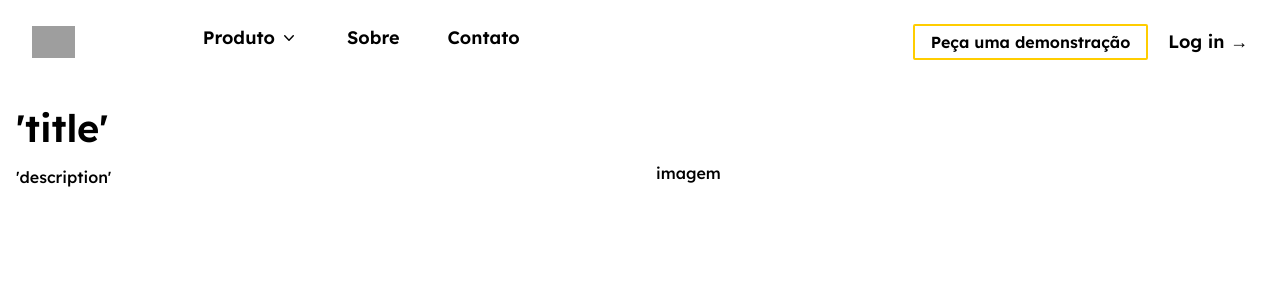
Repository: VereAbsolutum/site-institucional
Page: /
These files come from the project's save history. The page is drawn as it stood at one moment and after a run of saves; the edit follows.
The browser window is 1280 px wide. The pictures show the whole page.
Pictures or frames that could not be fetched are drawn as grey boxes. The project was rebuilt for these pictures with package versions that can differ from the ones it lists, and the page was loaded fresh each time. Also part of the build but not shown: vite.config.ts, src/presentation/components/buttons/button-primary.tsx, src/presentation/components/links/link-base.tsx, src/presentation/components/links/link-primary.tsx, src/presentation/components/links/link-border-primary.tsx, src/presentation/components/links/link-border-white.tsx, src/presentation/components/typography/text-base.tsx, src/presentation/components/typography/display.tsx and 8 more.

Above is the page before, as saved 2023-04-13 12:43:24.

### src/App.tsx
import React from 'react'
import { BrowserRouter, Routes, Route } from "react-router-dom"
import { Home, NotFound } from './presentation/pages'

const App: React.FC = () => {
  return (
    <BrowserRouter >
      <Routes>
        <Route path='/' element={<Home />} />
        <Route path='*' element={<NotFound />} />
      </Routes>
    </BrowserRouter>
  )
}

export default App

### src/index.css
@import url("https://fonts.googleapis.com/css?family=lexend+Deca:300,500,600|Playfair+Display:500");

:root {
    --font-family-lexend_deca: "Lexend Deca";
    --font-family-playfair_display: "Playfair Display";
    font-family: 'Lexend Deca', sans-serif;
}

@tailwind base;
@tailwind components;
@tailwind utilities;

### src/presentation/pages/index.ts
export { default as Home } from './home/home'
export { default as NotFound } from './not-found/notFound'

### src/presentation/pages/home/home.tsx
import React from 'react';
import { ButtonBorderPrimary, ButtonPrimary, Header, LinkBorderPrimary, LinkBorderWhite, LinkPrimary, TextCaption, TextDisplay, TextHeading1, TextHeading2, TextHeading3, TextMenu, TextParagraph, TextParagraphSmall } from '../../components';

const home: React.FC = () => {
    return (
        <>
            <Header />
            <main>
                <section>
                    {/* <div className='inline-flex flex-col space-y-4'>
                        <ButtonBorderPrimary label='click here' />
                        <ButtonPrimary label='click here' />
                        <LinkPrimary>
                            Link to click
                        </LinkPrimary>
                        <LinkBorderPrimary>
                            Link to click
                        </LinkBorderPrimary>
                        <LinkBorderWhite>
                            Link to click
                        </LinkBorderWhite>
                        <TextDisplay>Display</TextDisplay>
                        <TextHeading1>Heading 1</TextHeading1>
                        <TextHeading2>Heading 2</TextHeading2>
                        <TextHeading3>Heading 3</TextHeading3>
                        <TextParagraph>Paragraph</TextParagraph>
                        <TextParagraphSmall>Paragraph Small</TextParagraphSmall>
                        <TextCaption>Caption</TextCaption>
                        <TextMenu>Menu</TextMenu>
                    </div> */}
                    <div className="flex flex-col md:flex-row items-center justify-center">
                        <div className="md:w-1/2 p-4">
                            <h1 className="text-xl md:text-2xl font-bold mb-2">'title'</h1>
                            <p className="text-md mb-4">'description'</p>
                            <button className="bg-blue-500 hover:bg-blue-700 text-white font-bold py-2 px-4 rounded">
                                'buttonText'
                            </button>
                        </div>
                        <div className="md:w-1/2 p-4">
                            <span>imagem</span>
                        </div>
                    </div>

                </section>
            </main>
        </>


    );
};

export default home;

### src/presentation/components/index.ts
export { default as Header } from './header/header'

export { default as ButtonBase } from './buttons/button-base'
export { default as ButtonBorderPrimary } from './buttons/button-border-primary'
export { default as ButtonPrimary } from './buttons/button-primary'

export { default as LinkBase } from './links/link-base'
export { default as LinkPrimary } from './links/link-primary'
export { default as LinkBorderPrimary } from './links/link-border-primary'
export { default as LinkBorderWhite } from './links/link-border-white'

export { default as TextBase } from './typography/text-base'
export { default as TextDisplay } from './typography/display'
export { default as TextHeading1 } from './typography/heading1'
export { default as TextHeading2 } from './typography/heading2'
export { default as TextHeading3 } from './typography/heading3'
export { default as TextParagraph } from './typography/paragraph'
export { default as TextParagraphSmall } from './typography/paragraph-small'
export { default as TextCaption } from './typography/caption'
export { default as TextMenu } from './typography/menu'

### src/presentation/components/header/header.tsx
import React, { useState } from 'react'
import {
    Bars3Icon,
    ChartPieIcon,
    CursorArrowRaysIcon,
    FingerPrintIcon,
} from '@heroicons/react/24/outline'
import { PhoneIcon, PlayCircleIcon } from '@heroicons/react/20/solid'
import { MainMenu, MobileMenu } from './components'
import { ButtonBorderPrimary } from '..'

const products = [
    { name: 'CdAdm Web', description: 'Get a better understanding of your traffic', href: '#', icon: ChartPieIcon },
    { name: 'CdAdm Grafico', description: 'Speak directly to your customers', href: '#', icon: CursorArrowRaysIcon },
    { name: 'CdFin', description: 'Your customers’ data will be safe and secure', href: '#', icon: FingerPrintIcon }
]
const callsToAction = [
    { name: 'Assista a Demo', href: '#', icon: PlayCircleIcon },
    { name: 'Contato', href: '#', icon: PhoneIcon },
]

function classNames(...classes: string[]) {
    return classes.filter(Boolean).join(' ');
}

const header: React.FC = () => {
    const [mobileMenuOpen, setMobileMenuOpen] = useState(false)

    return (
        <header className="bg-white">
            <nav className="mx-auto flex max-w-7xl items-center justify-between p-6 lg:px-8" aria-label="Global">

                <div className="flex lg:flex-1">
                    <a href="#" className="-m-1.5 p-1.5">
                        <span className="sr-only">SCordon</span>
                        <img className="h-8 w-auto" src="https://tailwindui.com/img/logos/mark.svg?color=indigo&shade=600" alt="" />
                    </a>

                    {/* main menu */}
                    <div className='ml-32'>
                        <MainMenu products={products} />
                    </div>
                </div>

                <div className="flex lg:hidden">
                    {/* Button */}
                    <button
                        type="button"
                        className="-m-2.5 inline-flex items-center justify-center rounded-md p-2.5 text-gray-700"
                        onClick={() => setMobileMenuOpen(true)}
                    >
                        <span className="sr-only">Open main menu</span>
                        <Bars3Icon className="h-6 w-6" aria-hidden="true" />
                    </button>
                </div>



                <div className="hidden lg:flex lg:flex-1 lg:justify-end align-items: center">
                    <div className='mr-5'>
                        <ButtonBorderPrimary label='Peça uma demonstração' />
                    </div>
                    <div className="flex items-center">
                        <a href="#" className="text-lg font-medium leading-6 font-semibold">
                            Log in <span aria-hidden="true">&rarr;</span>
                        </a>
                    </div>
                    {/* Button */}
                </div>
            </nav>

            <MobileMenu
                mobileMenuOpen={mobileMenuOpen}
                setMobileMenuOpen={setMobileMenuOpen}
                products={products}
                callsToAction={callsToAction}
            />
        </header>
    )
}

export default header

### src/presentation/components/buttons/button-base.tsx
import React from 'react'

export type ButtonProps = React.ButtonHTMLAttributes<HTMLButtonElement> & {
    label: string;
    className?: string;
};

const buttonBase: React.FC<ButtonProps> = ({ label, className, ...rest }) => {
    const baseClasses =
        'font-semibold rounded-sm hover:bg-blue-700 focus:outline-none focus:ring-2 focus:ring-blue-400 focus:ring-opacity-75';

    return (
        <button className={`${baseClasses} ${className}`} {...rest}>
            {label}
        </button>
    );
};

export default buttonBase;

### src/presentation/components/buttons/button-border-primary.tsx
// BorderedButton.tsx
import React from 'react';
import { ButtonBase } from '..';
import { ButtonProps } from './button-base';

const buttonBorderPrimary: React.FC<ButtonProps> = ({ className, ...rest }) => {
    const baseClasses = 'px-4 py-1 border-2 border-yellow bg-transparent border border-blue-500 text-blue-500 hover:bg-blue-500';

    return <ButtonBase className={`${baseClasses} ${className}`} {...rest} />;
};

export default buttonBorderPrimary;

### src/presentation/components/header/components/index.ts
export { default as MobileMenu } from './mobile-menu'
export { default as MainMenu } from './main-menu'

### src/presentation/components/header/components/mobile-menu.tsx
import React from 'react'
import { Dialog, Disclosure } from '@headlessui/react'
import { ChevronDownIcon, XMarkIcon } from '@heroicons/react/24/outline'
import { ButtonFilled } from '../..';

function classNames(...classes: string[]) {
    return classes.filter(Boolean).join(' ');
}

export type MobileMenuProps = {
    mobileMenuOpen: boolean
    setMobileMenuOpen: (open: boolean) => void
    products: Array<{
        name: string
        description: string
        href: string
        icon: any
    }>
    callsToAction: Array<{
        name: string
        href: string
        icon: any
    }>
}

const mobileMenu: React.FC<MobileMenuProps> = ({ mobileMenuOpen, setMobileMenuOpen, products, callsToAction }) => {
    return (
        <Dialog as="div" className="lg:hidden" open={mobileMenuOpen} onClose={setMobileMenuOpen}>
            <div className="fixed inset-0 z-10" />

            {/* Mobile Menu */}
            <Dialog.Panel className="fixed inset-y-0 right-0 z-10 w-full overflow-y-auto bg-white px-6 py-6 sm:max-w-sm sm:ring-1 sm:ring-gray-900/10">
                <div className="flex items-center justify-between">
                    <a href="#" className="-m-1.5 p-1.5">
                        <span className="sr-only">Your Company</span>
                        <img
                            className="h-8 w-auto"
                            src="https://tailwindui.com/img/logos/mark.svg?color=indigo&shade=600"
                            alt=""
                        />
                    </a>


                    <button
                        type="button"
                        className="-m-2.5 rounded-md p-2.5 text-gray-700"
                        onClick={() => setMobileMenuOpen(false)}
                    >
                        <span className="sr-only">Close menu</span>
                        <XMarkIcon className="h-6 w-6" aria-hidden="true" />
                    </button>

                </div>

                <div className="mt-6 flow-root">
                    <div className="-my-6 divide-y divide-gray-500/10">
                        <div className="space-y-2 py-6">
                            <Disclosure as="div" className="-mx-3">
                                {({ open }) => (
                                    <>
                                        <Disclosure.Button className="flex w-full font-medium text-lg  items-center justify-between rounded-lg py-2 pl-3 pr-3.5 leading-7 hover:bg-gray-50">
                                            Product
                                            <ChevronDownIcon
                                                className={classNames(open ? 'rotate-180' : '', 'h-5 w-5 flex-none')}
                                                aria-hidden="true"
                                            />
                                        </Disclosure.Button>
                                        <Disclosure.Panel className="mt-2 space-y-2">
                                            {[...products, ...callsToAction].map((item) => (
                                                <Disclosure.Button
                                                    key={item.name}
                                                    as="a"
                                                    href={item.href}
                                                    className="block rounded-lg py-2 pl-6 pr-3 text-sm font-semibold leading-7 text-gray-900 hover:bg-gray-50"
                                                >
                                                    {item.name}
                                                </Disclosure.Button>
                                            ))}
                                        </Disclosure.Panel>
                                    </>
                                )}
                            </Disclosure>
                            <a
                                href="#"
                                className="-mx-3 block rounded-lg px-3 py-2 font-medium text-lg leading-7 text-gray-900 hover:bg-gray-50"
                            >
                                Features
                            </a>
                            <a
                                href="#"
                                className="-mx-3 block rounded-lg px-3 py-2 font-medium text-lg leading-7 hover:bg-gray-50"
                            >
                                Marketplace
                            </a>
                            <a
                                href="#"
                                className="-mx-3 block rounded-lg px-3 py-2 font-medium text-lg leading-7 hover:bg-gray-50"
                            >
                                Company
                            </a>
                        </div>

                        <div className="py-6">
                            <a
                                href="#"
                                className="-mx-3 block rounded-lg px-3 py-2.5 font-medium text-lg leading-7 hover:bg-gray-50"
                            >
                                Log in
                            </a>
                        </div>
                    </div>
                </div>
            </Dialog.Panel>
        </Dialog>
    )
}

export default mobileMenu

### src/presentation/components/header/components/main-menu.tsx
import React, { Fragment } from 'react'
import { Popover, Transition } from '@headlessui/react'
import { ChevronDownIcon } from '@heroicons/react/20/solid'
import { PlayCircleIcon, PhoneIcon } from '@heroicons/react/20/solid'
import { Product } from './header-types'

const callsToAction = [
    { name: 'Watch demo', href: '#', icon: PlayCircleIcon },
    { name: 'Contact sales', href: '#', icon: PhoneIcon },
]

export type MainMenuProps = { products: Product[] }

const MainMenu: React.FC<MainMenuProps> = ({ products }) => {
    return (
        <Popover.Group className="hidden lg:flex lg:gap-x-12">
            <Popover className="relative">
                <Popover.Button className="flex items-center gap-x-1 text-lg  font-semibold  leading-6">
                    Produto
                    <ChevronDownIcon className="h-5 w-5 flex-none text-gray-400" aria-hidden="true" />
                </Popover.Button>

                <Transition
                    as={Fragment}
                    enter="transition ease-out duration-200"
                    enterFrom="opacity-0 translate-y-1"
                    enterTo="opacity-100 translate-y-0"
                    leave="transition ease-in duration-150"
                    leaveFrom="opacity-100 translate-y-0"
                    leaveTo="opacity-0 translate-y-1"
                >
                    <Popover.Panel className="absolute -left-8 top-full z-10 mt-3 w-screen max-w-md overflow-hidden rounded-3xl bg-white shadow-lg ring-1 ring-gray-900/5">
                        <div className="p-4">
                            {products.map((item) => (
                                <div
                                    key={item.name}
                                    className="group relative flex items-center gap-x-6 rounded-lg p-4 text-sm leading-6 hover:bg-gray-50"
                                >
                                    <div className="flex h-11 w-11 flex-none items-center justify-center rounded-lg bg-gray-50 group-hover:bg-white">
                                        <item.icon className="h-6 w-6 text-gray-600 group-hover:text-indigo-600" aria-hidden="true" />
                                    </div>
                                    <div className="flex-auto">
                                        <a href={item.href} className="block font-semibold text-gray-900">
                                            {item.name}
                                            <span className="absolute inset-0" />
                                        </a>
                                        <p className="mt-1 text-gray-600">{item.description}</p>
                                    </div>
                                </div>
                            ))}
                        </div>
                        <div className="grid grid-cols-2 divide-x divide-gray-900/5 bg-gray">  </div>
                        <div className="grid grid-cols-2 divide-x divide-gray-900/5 bg-gray-50">
                            {callsToAction.map((item) => (
                                <a
                                    key={item.name}
                                    href={item.href}
                                    className="flex items-center justify-center gap-x-2.5 p-3 text-sm font-semibold leading-6 text-gray-900 hover:bg-gray-100"
                                >
                                    <item.icon className="h-5 w-5 flex-none text-gray-400" aria-hidden="true" />
                                    {item.name}
                                </a>
                            ))}
                        </div>
                    </Popover.Panel>
                </Transition>
            </Popover>

            <a href="#" className="text-lg  font-semibold  leading-6 text-gray-900">
                Sobre
            </a>
            <a href="#" className="text-lg  font-semibold  leading-6 text-gray-900">
                Contato
            </a>
        </Popover.Group>
    )
}

export default MainMenu

### tailwind.config.js
/** @type {import('tailwindcss').Config} */
export default {
  content: [
    "./index.html",
    "./src/**/*.{js,ts,jsx,tsx}",
  ],
  theme: {
    fontFamily: {
      display: ['Playfair Display', 'serif'],
      sans: ['Lexend Deca', 'sans-serif']
    },
    colors: {
      yellow: '#FFCD00',
      black: '#1A1A1A',
      blue: '#2E475D',
      white: '#FFFFFF',
    },
    fontSize: {
      xs: '12px',
      sm: '14px',
      base: '16px',
      lg: '18px',
      xl: '22px',
      xxl: '32px',
      '2xl': '38px',
      '3xl': '59px'
    },
    extend: {},
  },
  plugins: [],
}

Loaded but not shown: index.html (common file); src/main.tsx (common file)

After the next 2 saves:
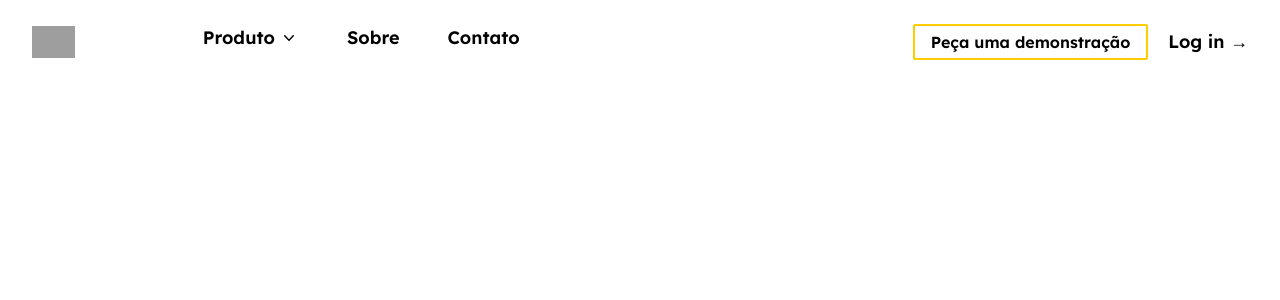
The 2 saves are shown as one change because they came seconds apart.
The last was saved 76 s later.
--- a/src/presentation/pages/home/home.tsx
+++ b/src/presentation/pages/home/home.tsx
@@ -30,14 +30,8 @@ const home: React.FC = () => {
                     </div> */}
                     <div className="flex flex-col md:flex-row items-center justify-center">
                         <div className="md:w-1/2 p-4">
-                            <h1 className="text-xl md:text-2xl font-bold mb-2">'title'</h1>
-                            <p className="text-md mb-4">'description'</p>
-                            <button className="bg-blue-500 hover:bg-blue-700 text-white font-bold py-2 px-4 rounded">
-                                'buttonText'
-                            </button>
                         </div>
                         <div className="md:w-1/2 p-4">
-                            <span>imagem</span>
                         </div>
                     </div>
 
